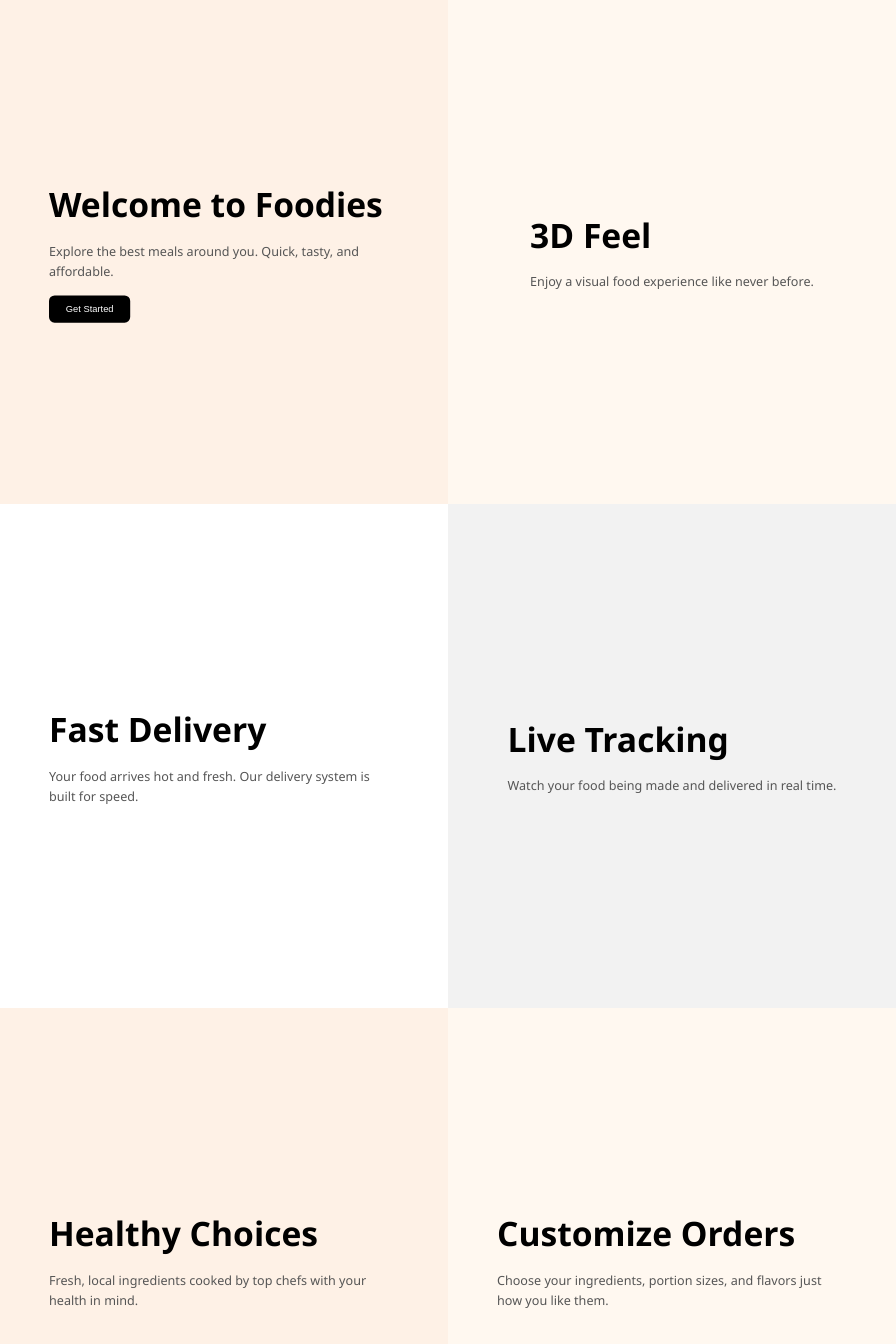
Repository: Rupeswarbhainsa777/Food-Web-App
Page: TapFoodApp/src/main/webapp/landing.html
These files come from the project's save history. The page is drawn as it stood at one moment and after the next save; the edit follows.
The browser window is 1280 px wide. The pictures show the part of the page from y = 0 to 1920 px (the page is 2880 px tall), at 70% of full size.

Above is the page before, as saved 2025-05-01 18:18:56.

After the next save:
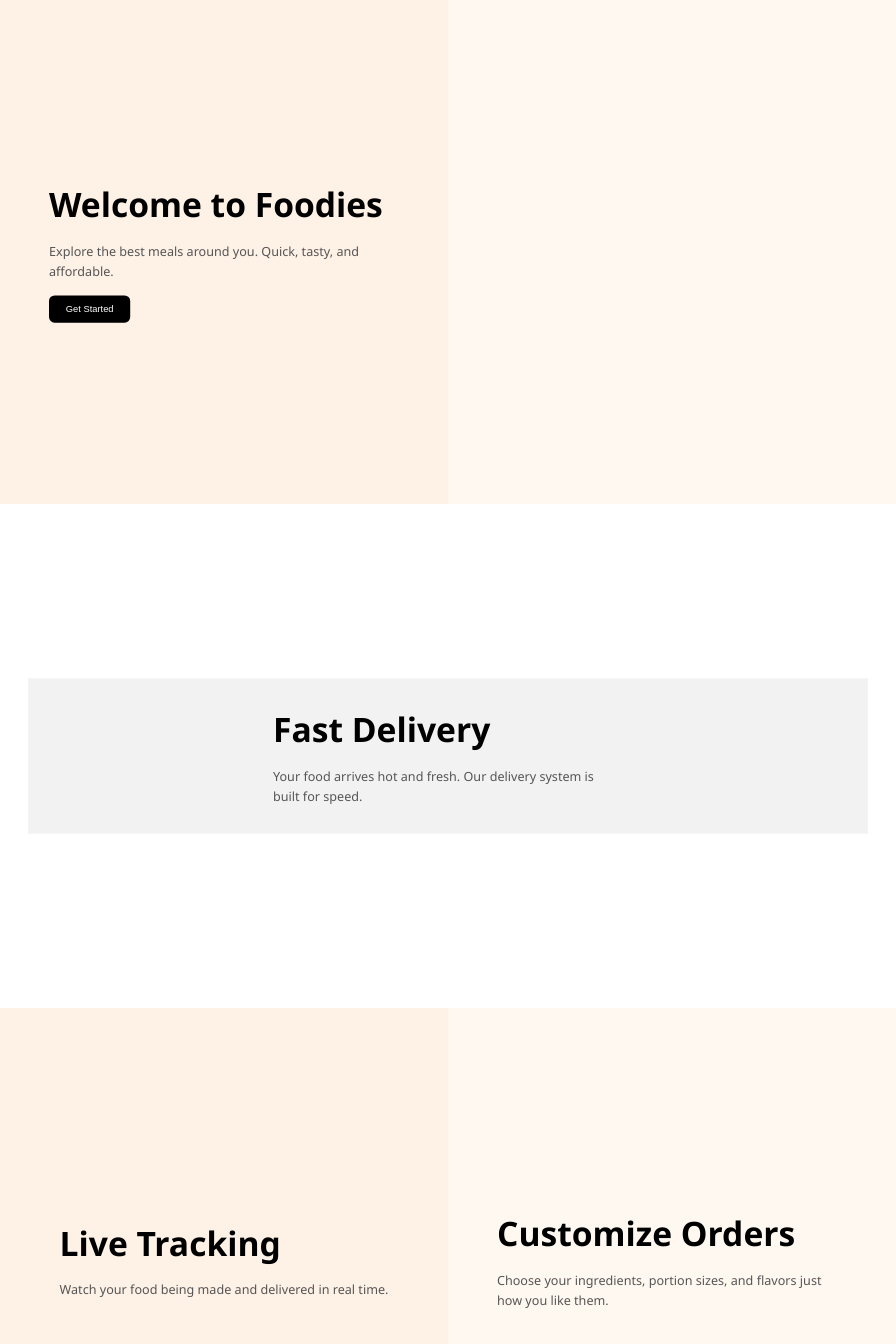
Saved 3 min 22 s later.
--- a/TapFoodApp/src/main/webapp/landing.html
+++ b/TapFoodApp/src/main/webapp/landing.html
@@ -125,32 +125,32 @@
     </div>
     <div class="right">
       <div class="content">
-        <h1>3D Feel</h1>
-        <p>Enjoy a visual food experience like never before.</p>
-      </div>
-    </div>
-  </section>
-
-  <section class="section">
-    <div class="left">
-      <div class="content">
-        <h1>Fast Delivery</h1>
+      </div>
+    </div>
+  </section>
+
+  <section class="section">
+    <div class="left">
+      <div class="content">
+
+    </div>
+    <div class="right">
+      <div class="content">
+
+       <h1>Fast Delivery</h1>
         <p>Your food arrives hot and fresh. Our delivery system is built for speed.</p>
-      </div>
-    </div>
-    <div class="right">
-      <div class="content">
-        <h1>Live Tracking</h1>
+
+      </div>
+    </div>
+  </section>
+
+  <section class="section">
+    <div class="left">
+      <div class="content">
+
+
+          <h1>Live Tracking</h1>
         <p>Watch your food being made and delivered in real time.</p>
-      </div>
-    </div>
-  </section>
-
-  <section class="section">
-    <div class="left">
-      <div class="content">
-        <h1>Healthy Choices</h1>
-        <p>Fresh, local ingredients cooked by top chefs with your health in mind.</p>
       </div>
     </div>
     <div class="right">

After the save that followed:
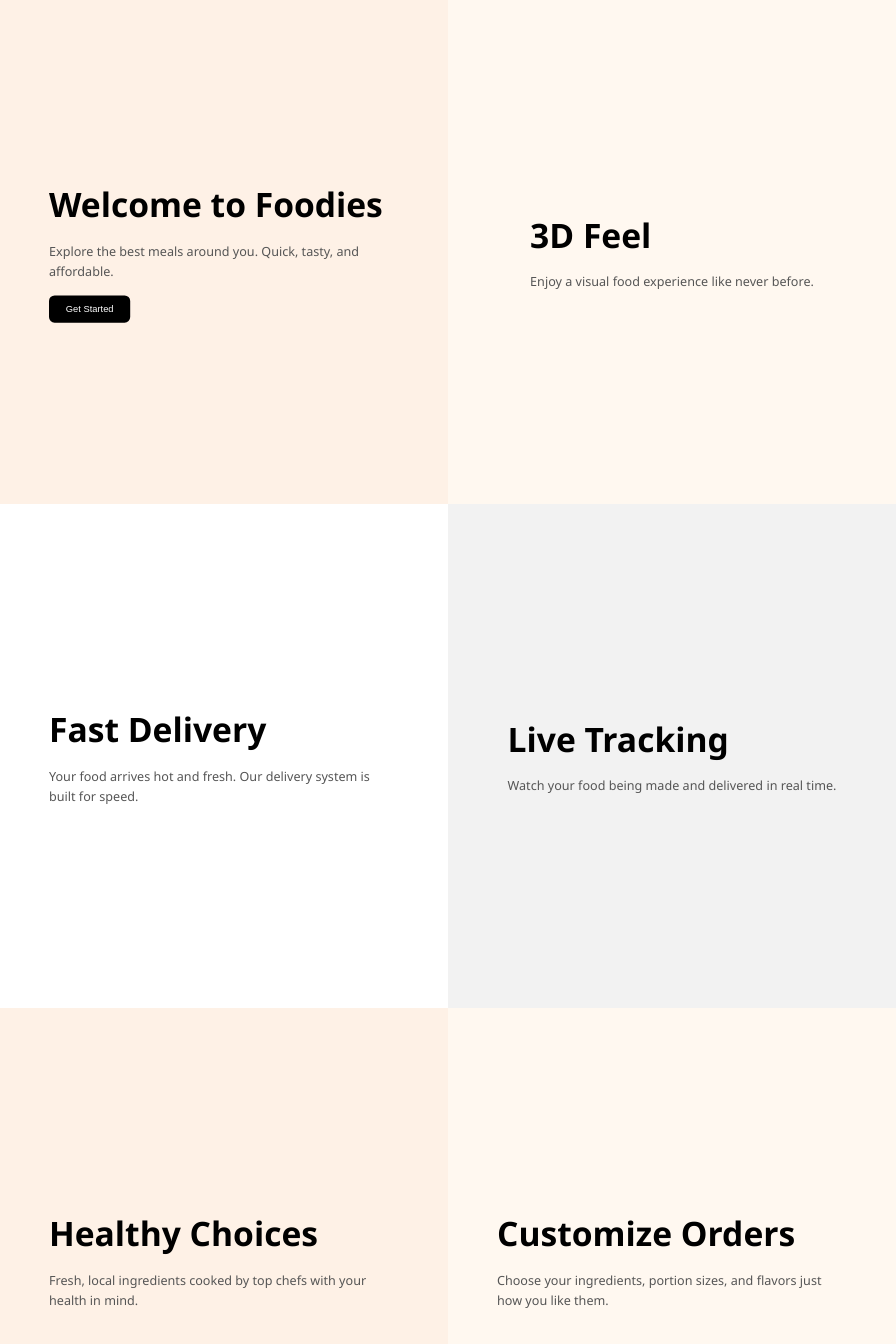
Saved 67 s later.
--- a/TapFoodApp/src/main/webapp/landing.html
+++ b/TapFoodApp/src/main/webapp/landing.html
@@ -1,5 +1,3 @@
-
-
 <!DOCTYPE html>
 <html lang="en">
 <head>
@@ -125,32 +123,32 @@
     </div>
     <div class="right">
       <div class="content">
-      </div>
-    </div>
-  </section>
-
-  <section class="section">
-    <div class="left">
-      <div class="content">
-
-    </div>
-    <div class="right">
-      <div class="content">
-
-       <h1>Fast Delivery</h1>
+        <h1>3D Feel</h1>
+        <p>Enjoy a visual food experience like never before.</p>
+      </div>
+    </div>
+  </section>
+
+  <section class="section">
+    <div class="left">
+      <div class="content">
+        <h1>Fast Delivery</h1>
         <p>Your food arrives hot and fresh. Our delivery system is built for speed.</p>
-
-      </div>
-    </div>
-  </section>
-
-  <section class="section">
-    <div class="left">
-      <div class="content">
-
-
-          <h1>Live Tracking</h1>
+      </div>
+    </div>
+    <div class="right">
+      <div class="content">
+        <h1>Live Tracking</h1>
         <p>Watch your food being made and delivered in real time.</p>
+      </div>
+    </div>
+  </section>
+
+  <section class="section">
+    <div class="left">
+      <div class="content">
+        <h1>Healthy Choices</h1>
+        <p>Fresh, local ingredients cooked by top chefs with your health in mind.</p>
       </div>
     </div>
     <div class="right">
